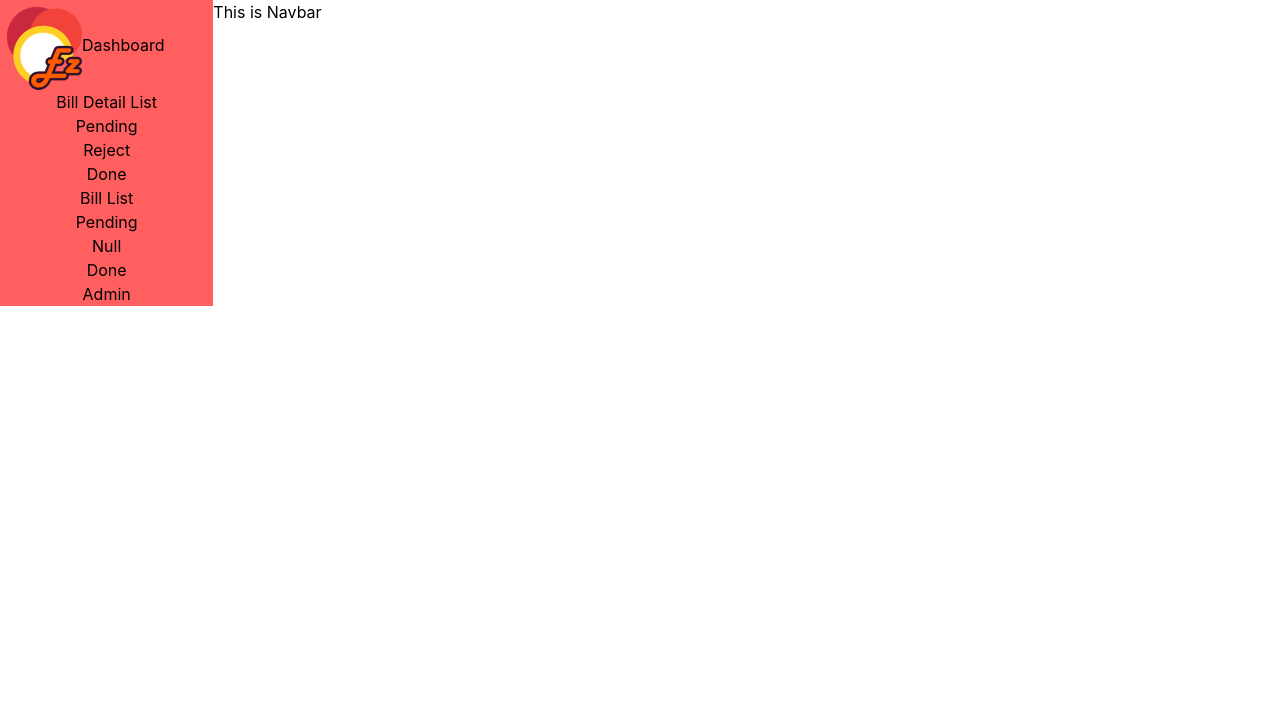
Repository: ntuan2502/mhhpm-admin
Page: /
The author's editor kept a copy of each file at every save. The page is drawn from the files as they stood at one save, then again after a run of saves.
The browser window is 1280 px wide. The pictures show the whole page.
The project was rebuilt for these pictures with package versions that can differ from the ones it lists, and the page was loaded fresh each time. The framework's server and built-in components were replaced by stand-ins that run in the browser. Also part of the build but not shown: next.config.js, components/Footer.js, styles/Home.module.css.

Above is the page before, as saved 2022-01-07 20:45:00.

After the next 7 saves:
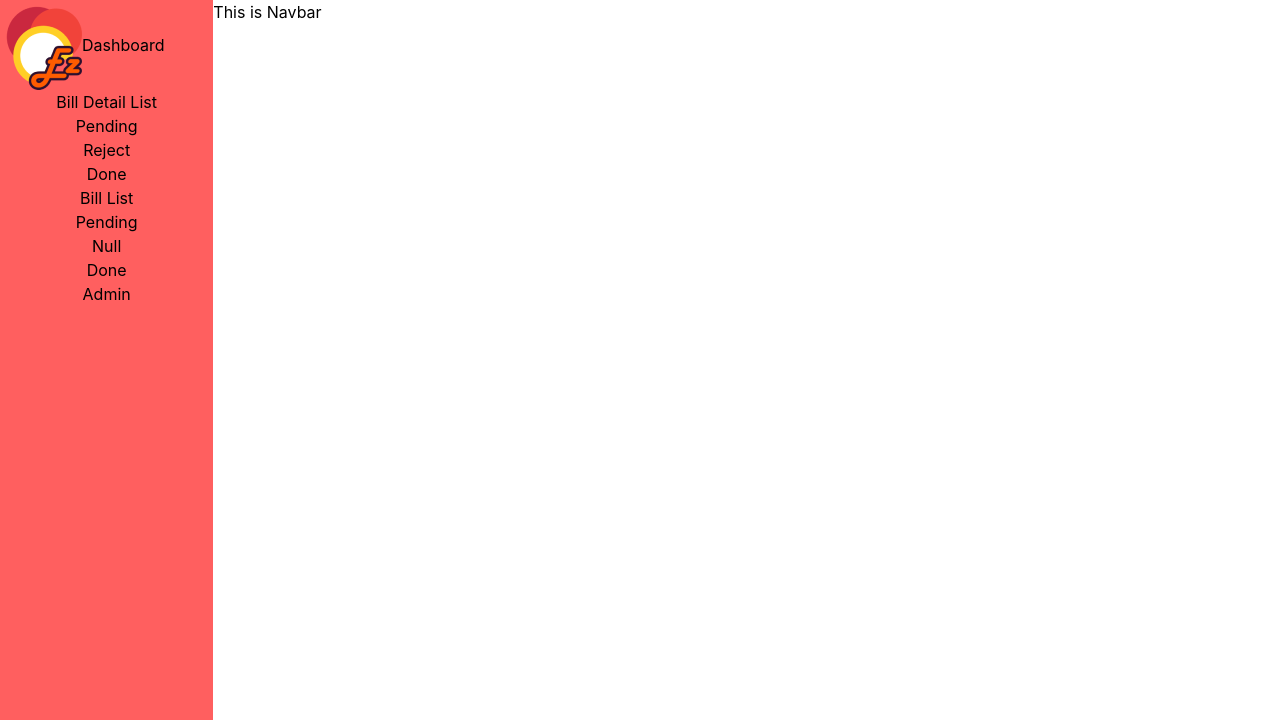
The 7 saves are shown as one change because they came seconds apart.
The last was saved 21 s later.
--- a/components/Sidebar.js
+++ b/components/Sidebar.js
@@ -3,7 +3,7 @@
 
 export default function Sidebar() {
 	return (
-		<div className="bg-[#FF5F5F] ">
+		<div className="bg-[#FF5F5F] h-screen">
 			<div className="flex items-center">
 				<Image src="/assets/images/Logo 1.png" width={82} height={90}></Image>
 				<div>Dashboard</div>
